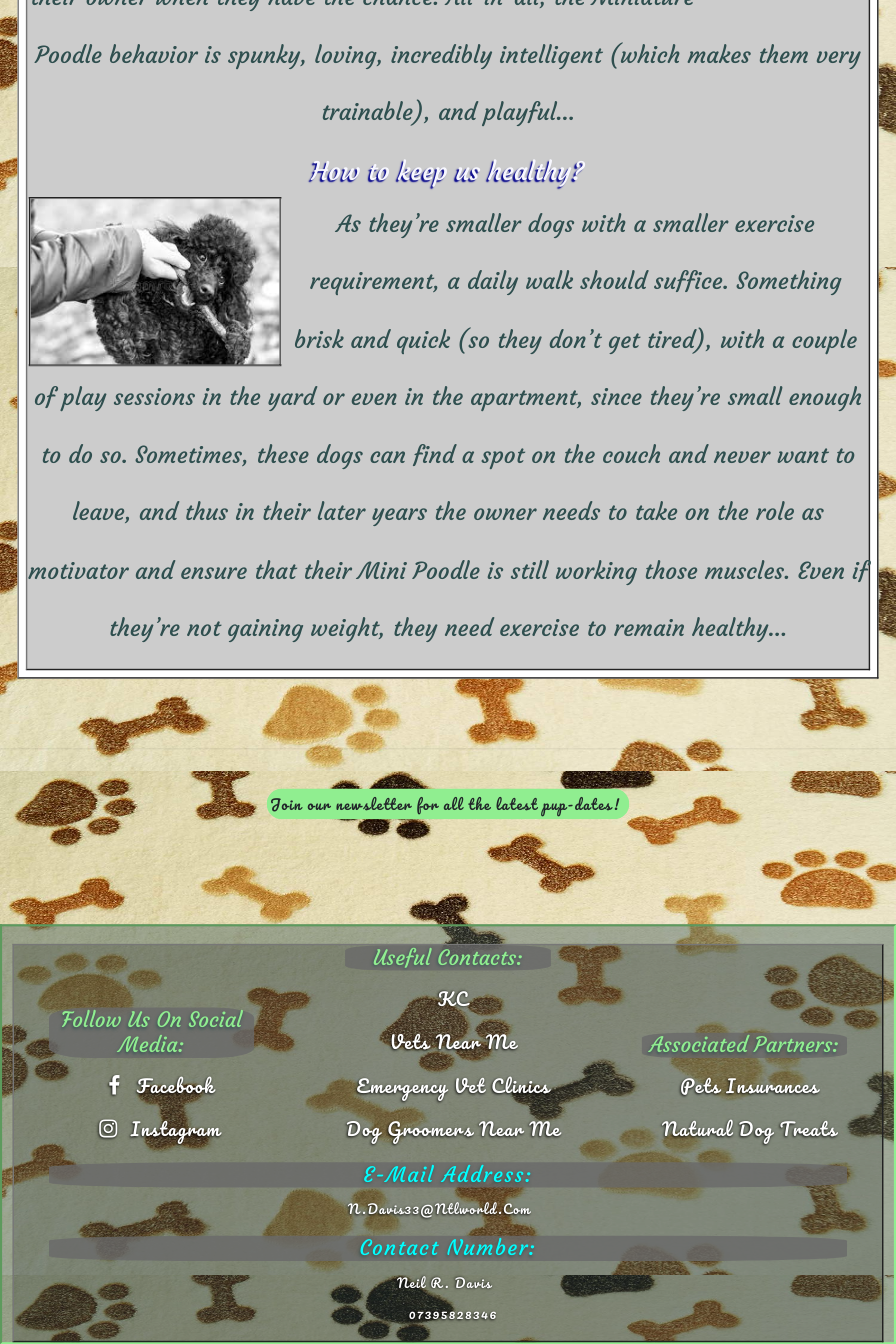
Repository: Code-Institute-Submissions/GeorgiosSklav-Iacinthos-blog
Page: about-them.html
The author's editor kept a record of every edit. The page is drawn from the files as they stood at one moment, then again after the next edit.
The browser window is 1280 px wide. The pictures show the part of the page from y = 1779 to 3699 px (the page is 3699 px tall), at 70% of full size.
Backgrounds fixed to the window are drawn as part of the page.

Above is the page before.

After the next edit:
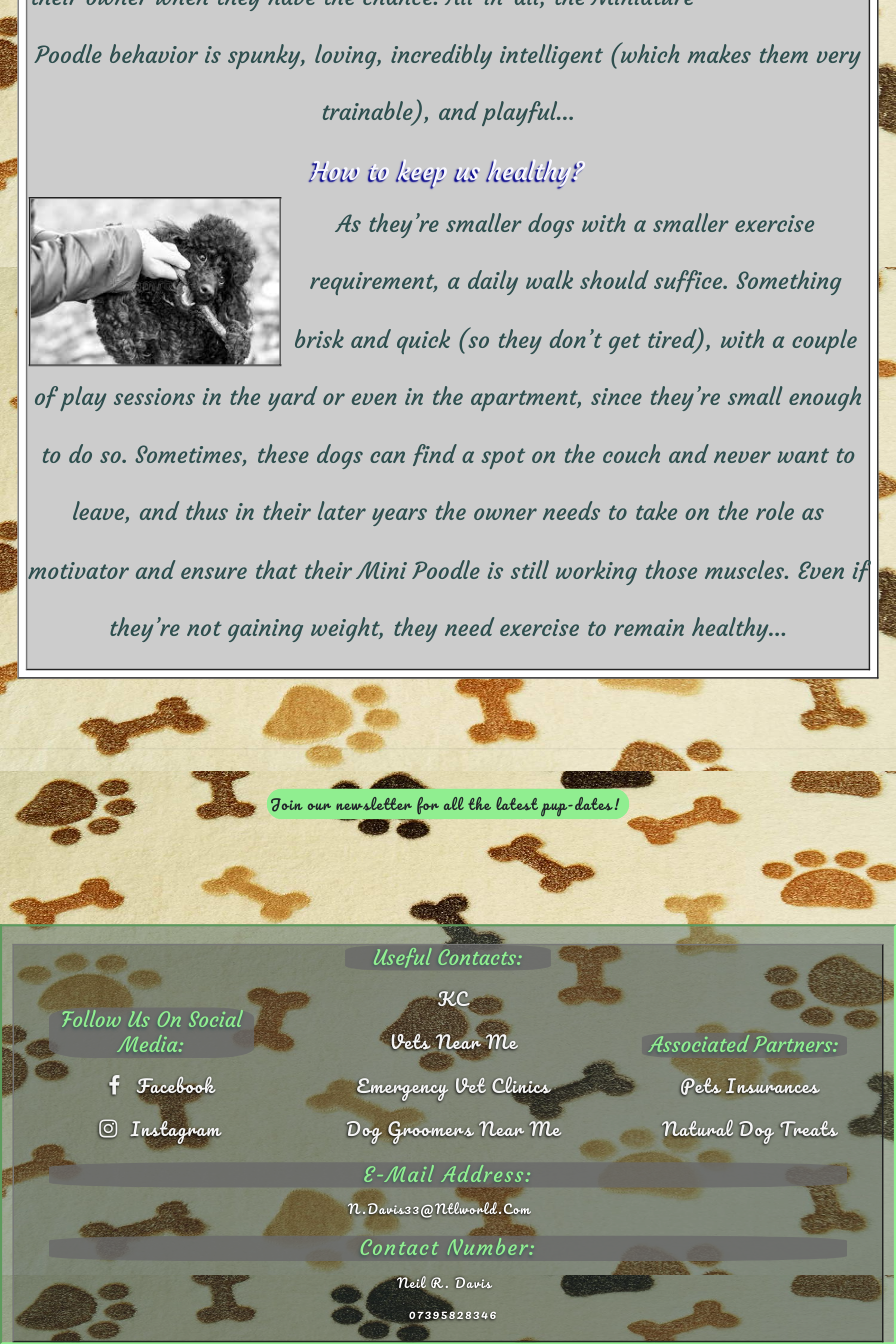
The edit:
--- a/style.css
+++ b/style.css
@@ -51,7 +51,8 @@
     font-family: 'Courgette', sans-serif;
     font-weight: 600;
     font-size: 35px;
-    text-shadow: 0px 2px 3px /*#f8f8ff;*/ #00ffff;
+    text-shadow: 0px 2px 3px/*#f8f8ff;*/
+    #00ffff;
 
 }
 
@@ -289,7 +290,7 @@
 
 .footer {
     border: 3px inset #90ee90;
-    background-color: rgba(47,79,79, .4);
+    background-color: rgba(47, 79, 79, .4);
     padding-top: 25px;
     margin: 0px 5px 0px 0px;
     text-align: center;
@@ -300,8 +301,7 @@
     font-size: 30px;
     font-weight: 400;
     letter-spacing: 2px;
-   /* color: #9400d3;*/
-   color: #00ffff;
+    color: #90ee90;
     text-shadow: -1px 2px 5px #2f4f4f;
 }
 
@@ -323,11 +323,8 @@
     font-size: 25px;
     font-weight: 400;
     letter-spacing: 2px;
-    color: /*#008000*/
-    #fff;
+    color: #f4f4f4;
     text-shadow: -1px 1px 4px #000;
-    /*text-shadow: 1px 2px 1px #c0c0c0;*/
-
 }
 
 .social-links li a:hover {
@@ -351,7 +348,8 @@
     border-radius: 20%;
     color: #90ee90;
     text-shadow: -1px 2px 5px #2f4f4f;
-    background-color: rgba(/*144, 238, 144,*/105,105,105, 0.8);
+    background-color: rgba(/*144, 238, 144,*/
+    105, 105, 105, 0.8);
 }
 
 .contact-heading {
